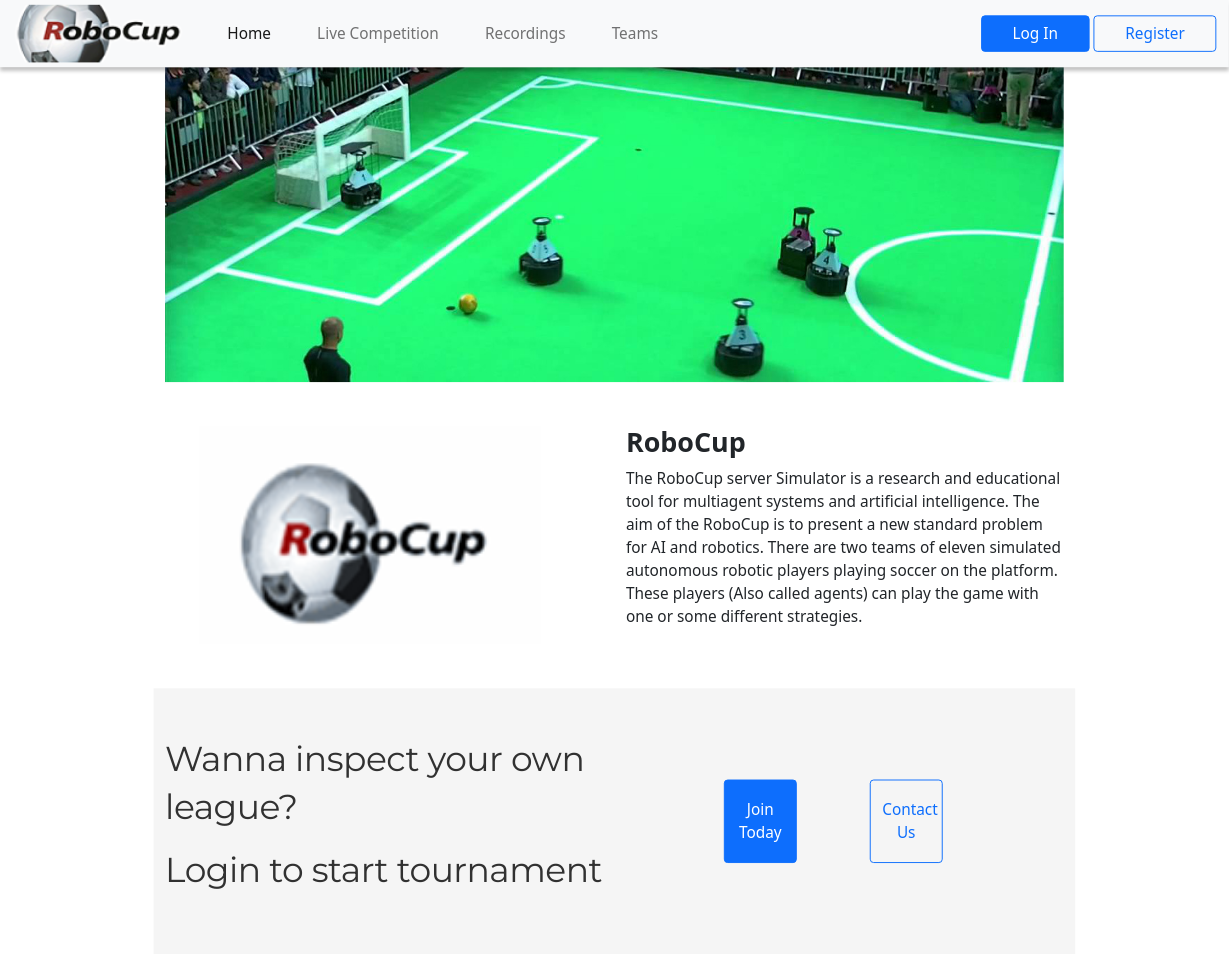
Repository: romeoonlinesim/romeoonlinesim.github.io
Page: index.html
An editor plug-in stored every save of this project. The page is shown before and after the next save, followed by the edit.
The browser window is 1280 px wide. The pictures show the whole page, at 96% of full size.

Above is the page before, as saved 2021-05-18 14:24:00.

### index.html
<!DOCTYPE html PUBLIC "-//W3C//DTD XHTML 1.0 Strict//EN"
"http://www.w3.org/TR/xhtml1/DTD/xhtml1-strict.dtd">
<html xmlns="http://www.w3.org/1999/xhtml">
<head>
<title>Robocup</title>
    <meta http-equiv="content-type" content="text/html; charset=iso-8859-1" />
    <link href="https://cdn.jsdelivr.net/npm/bootstrap@5.0.1/dist/css/bootstrap.min.css" rel="stylesheet" integrity="sha384-+0n0xVW2eSR5OomGNYDnhzAbDsOXxcvSN1TPprVMTNDbiYZCxYbOOl7+AMvyTG2x" crossorigin="anonymous">
    <link rel="stylesheet"
          href="https://fonts.googleapis.com/css?family=Montserrat">


    <style>
        .navbar {
            padding-left:1%;
            padding-right:1%;
            padding-top: 0%;
            padding-bottom:0%;
            box-shadow: 0px 4px 4px rgba(0, 0, 0, 0.25);
        }

        .navbar-nav > li{
            padding-left:16px;
            padding-right:16px;
        }

        .navbar-right > a {
            padding-left:32px;
            padding-right:32px;
        }

        .background-img {
            max-width: 100%;
            height: auto;
        }

        /*.img {
            max-width: 50%;
            height:auto;
        }*/

        .text {
            align-items: center;
            display:grid;
            grid-row-gap: 0%;
        }

        h3 {
            font-weight: bold;
        }

        .para {
            font-family: Montserrat;
            font-style: normal;
            font-weight: normal;
            font-size: 36px;
            line-height: 50px;
            /* or 139% */

            letter-spacing: -0.015em;

            color: rgba(0, 0, 0, 0.8);
        }

        .row {
            padding-bottom: 5%;
        }

        .right {
            text-align: right;
            float: right;
        }

        .grey {
            background: #F5F5F5;
        }

        .container-fluid {
            max-width: 75%;
        }
    </style>
</head>

<body>
    <div class="navbar navbar-expand-lg navbar-light bg-light">
        <a href="#default" class = "navbar-brand">
            <img src="img/logo.png">
        </a>
        <div class="collapse navbar-collapse" id="navbarSupportedContent">
            <ul class="navbar-nav mr-auto">
                <li class="nav-item">
                    <a class="nav-link active" href="#home">Home</a>
                </li>
                <li class="nav-item">
                    <a class="nav-link" href="#livecompetition">Live Competition</a>
                </li>
                <li class="nav-item">
                    <a class="nav-link" href="#recording">Recordings</a>
                </li>
                <li class="nav-item">
                    <a class="nav-link" href="#team">Teams</a>
                </li>
            </ul>
        </div>
        <div class="navbar-right">
            <a href="#login" class="btn btn-primary">Log In</a>
            <a href="#register" class="btn btn-outline-primary">Register</a>
        </div>
    </div>

    <div class="container-fluid">
        <div class="row">
            <img class="background-img" src="img/background.jpg">
        </div>
        <div class="row">
            <img class="img col-lg-6" src="img/robocup.png">
            <div class="text col-lg-6 ">
                <h3 class="grid-item">RoboCup</h3>
                <p class="grid-item">The RoboCup server Simulator is a research and educational tool for multiagent systems and artificial intelligence. The aim of the RoboCup is to present a new standard problem for AI and robotics. There are two teams of eleven simulated autonomous robotic players playing soccer on the platform. These players (Also called agents) can play the game with one or some different strategies. </p>
            </div>
        </div>
        <div class="row grey">
            <div class="row"></div>
            <div class="col-lg-6">
                <p class="para">Wanna inspect your own league?</p>
                <p class="para">Login to start tournament</p>
            </div>

                <!--form action="#">
                    <button type="button" class="btn btn-outline-primary col-lg-2 col-lg-offset-1">Contact Us</button>
                </form>
                <form action="#">
                    <button type="button" class="btn btn-outline-primary col-lg-2 col-lg-offset-1">Join </button>
                </form-->
                <!--a href="#Contact" class="btn btn-outline-primary" role="button">Contact Us</a>
                <a href="#Join" class="btn btn-primary" role="button">Join Today</a-->
            <div class="col-lg-6 row">
                <div class="row"></div>
                <div class="col-lg-3"></div>
                <button type="button" class="btn btn-primary col-lg-2">Join Today</button>
                <div class="col-lg-2"></div>
                <button type="button" class="btn btn-outline-primary col-lg-2">Contact Us</button>
            </div>



        </div>

    </div>
</body>
</html>

After the next save:
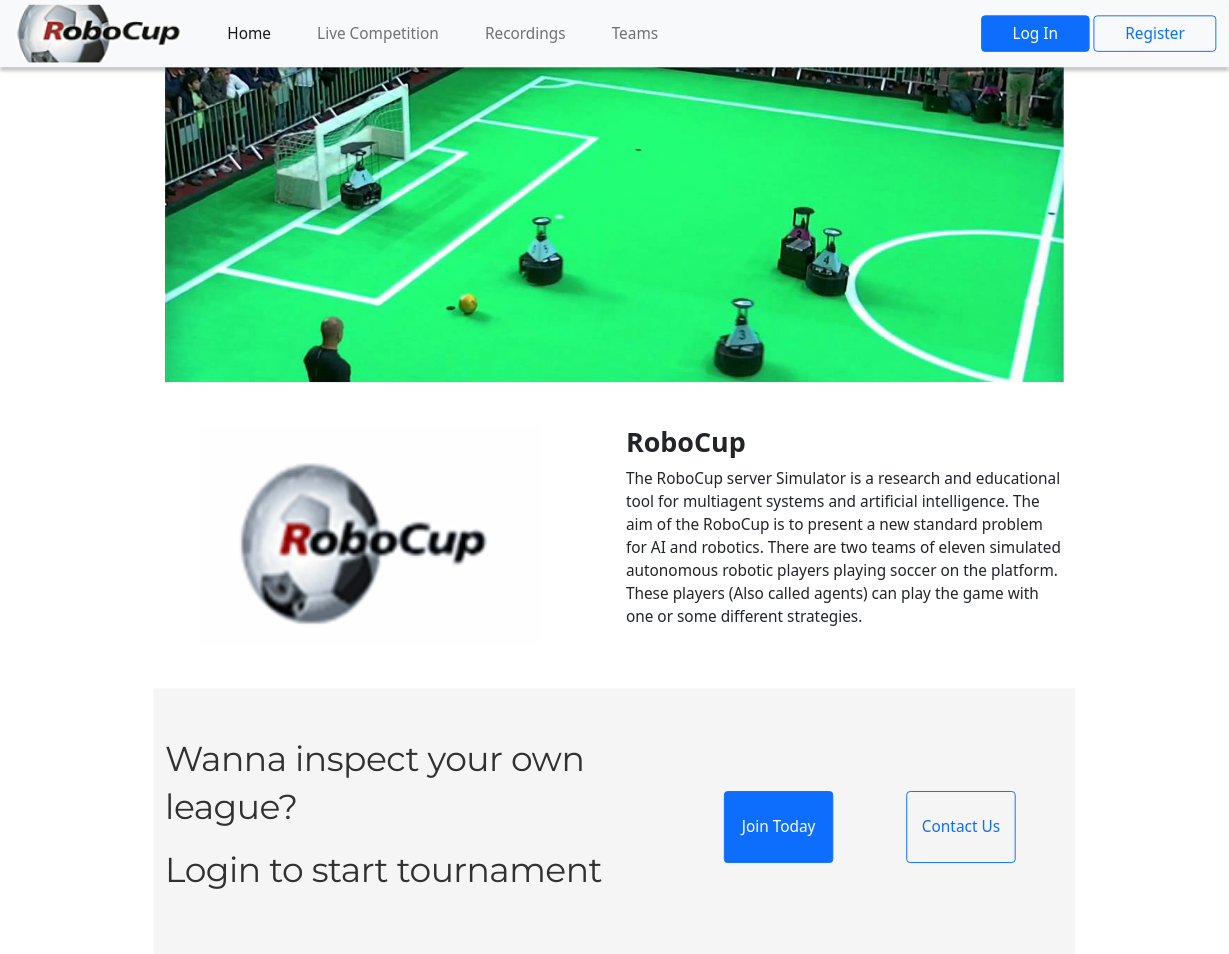
Saved 10 s later.
--- a/index.html
+++ b/index.html
@@ -136,9 +136,9 @@
             <div class="col-lg-6 row">
                 <div class="row"></div>
                 <div class="col-lg-3"></div>
-                <button type="button" class="btn btn-primary col-lg-2">Join Today</button>
+                <button type="button" class="btn btn-primary col-lg-3">Join Today</button>
                 <div class="col-lg-2"></div>
-                <button type="button" class="btn btn-outline-primary col-lg-2">Contact Us</button>
+                <button type="button" class="btn btn-outline-primary col-lg-3">Contact Us</button>
             </div>
 
 
